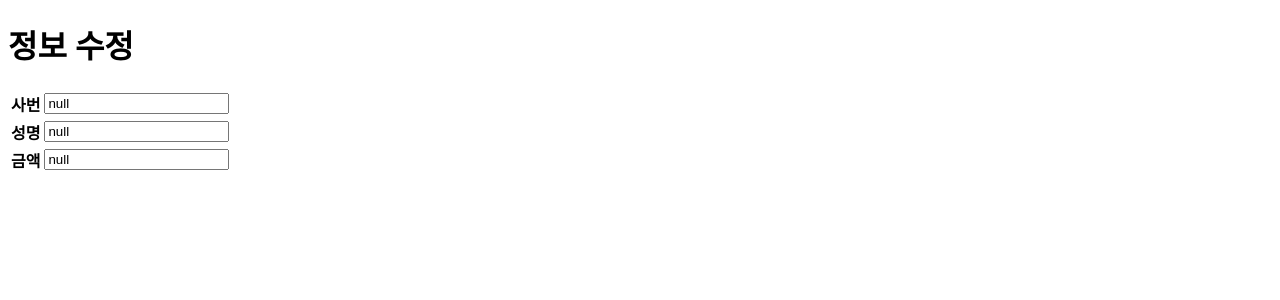
Repository: SeYoung1012/Bitcamp
Page: http://localhost/04_JDBC/guest/editForm.jsp
The author's editor kept a copy of each file at every save. The page is drawn from the files as they stood at one save, then again after the next save.
The browser window is 1280 px wide. The pictures show the whole page.
The page is served by Tomcat 9.

Above is the page before, as saved 2021-09-28 07:36:20.

### 60_web/04_JDBC/WebContent/guest/editForm.jsp
<%@ page language="java" contentType="text/html; charset=UTF-8"
    pageEncoding="UTF-8"%>

<%-- 전달받은 데이터(파라미터) 화면에 표시 --%>


<!DOCTYPE html>
<html>
<head>
<meta charset="UTF-8">
<title> 수정</title>
</head>
<body>
	<h1> 정보 수정</h1>
	<form action = "update.jsp">
		<table>
			<tr>
				<th>사번</th>
				<td><input type = "test" name = "sabun" readonly
					value = "<%=request.getParameter("sabun")%>">
				</td>
			</tr>
			<tr>
				<th>성명</th>
				<td><input type = "test" name = "name"
					value = "<%=request.getParameter("name")%>">
				</td>
			</tr>
			<tr>
				<th>금액</th>
				<td><input type = "test" name = "pay"
					value = "<%=request.getParameter("pay")%>">
				</td>
			</tr>

		</table>

	</form>

</body>
</html>

After the next save:
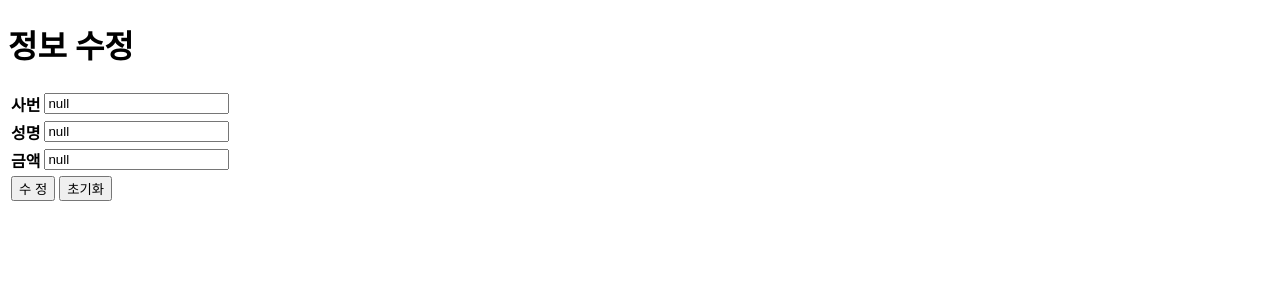
Saved 64 s later.
--- a/60_web/04_JDBC/WebContent/guest/editForm.jsp
+++ b/60_web/04_JDBC/WebContent/guest/editForm.jsp
@@ -32,6 +32,12 @@
 					value = "<%=request.getParameter("pay")%>">
 				</td>
 			</tr>
+			<tr>
+				<td colspan = "2">
+					<input type = "submit" value = "수 정">
+					<input type = "reset" value = "초기화">
+				</td>
+			</tr>
 
 		</table>
 
